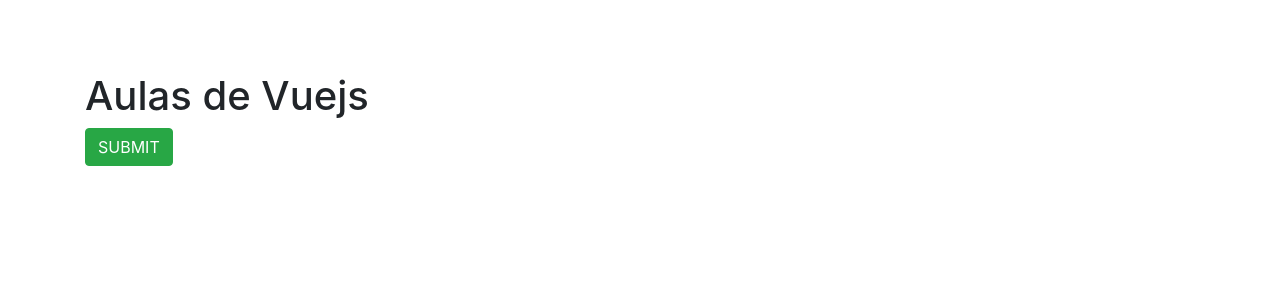
Repository: wolwerr/VueJs-Ninja
Page: Aula-17.html
These files come from the project's save history. The page is drawn as it stood at one moment and after the next save; the edit follows.
The browser window is 1280 px wide. The pictures show the whole page.

Above is the page before, as saved 2021-10-27 12:59:28.

After the next save:
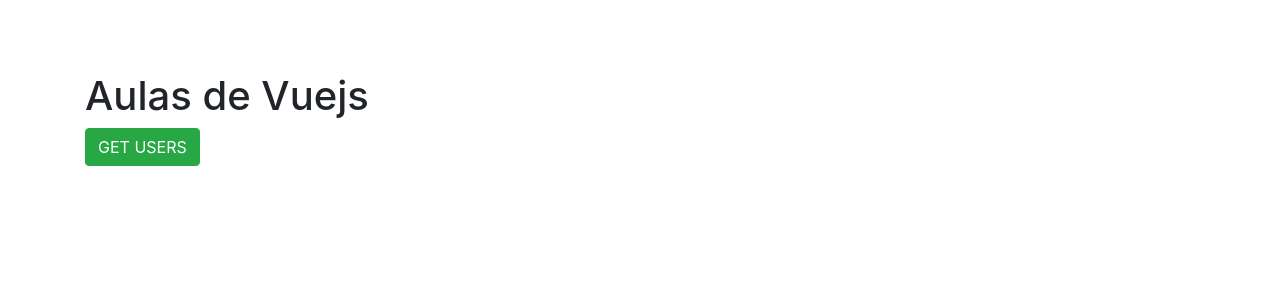
Saved 27 s later.
--- a/Aula-17.html
+++ b/Aula-17.html
@@ -15,7 +15,7 @@
         <div class="container">
         <h1>{{ titulo }}</h1>
 
-        <button @click.stop.prevent="getUsers()" class="btn btn-success">SUBMIT</button>
+        <button @click.stop.prevent="getUsers()" class="btn btn-success">GET USERS</button>
     </div>
     </div>
 
